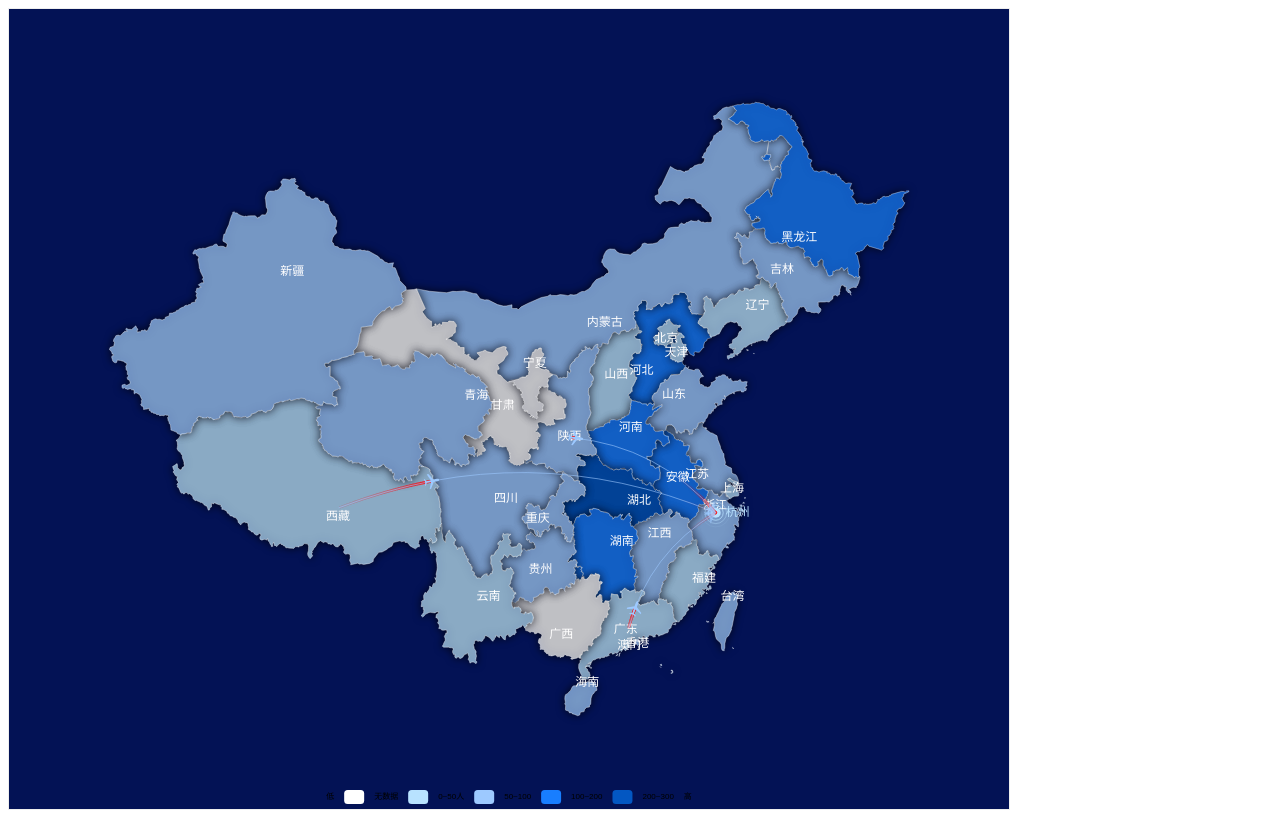
Repository: 572031690/echartssimple
Page: 21.地图常见效果_地图和散点图结合.html
An editor plug-in stored every save of this project. The page is shown before and after the next save, followed by the edit.
The browser window is 1280 px wide. The pictures show the whole page.

Above is the page before, as saved 2021-08-11 15:34:08.

After the next save:
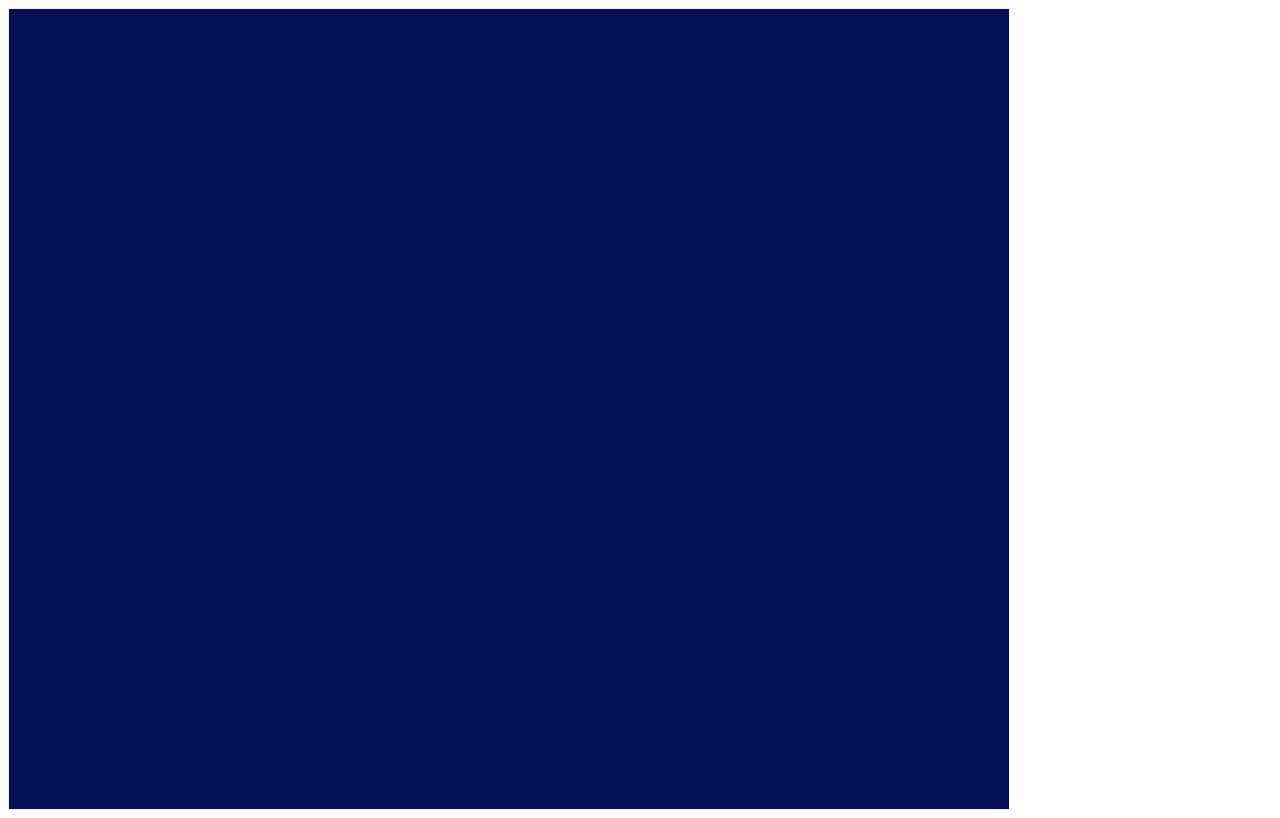
Console error: SyntaxError: Unexpected token ','
Saved 2 min 2 s later.
--- a/21.地图常见效果_地图和散点图结合.html
+++ b/21.地图常见效果_地图和散点图结合.html
@@ -211,7 +211,7 @@
                     // }
           {
             name:'杭州',
-            data: scatterData, // 配置散点的坐标数据
+            data: {[91.1865, 30.1465],[120.213042, 29.86119],[113.5107, 23.2196][109.1162, 34.2004]}, // 配置散点的坐标数据
             type: 'effectScatter',
             coordinateSystem: 'geo', // 指明散点使用的坐标系统  geo的坐标系统
             rippleEffect: {

After the 2 saves that followed:
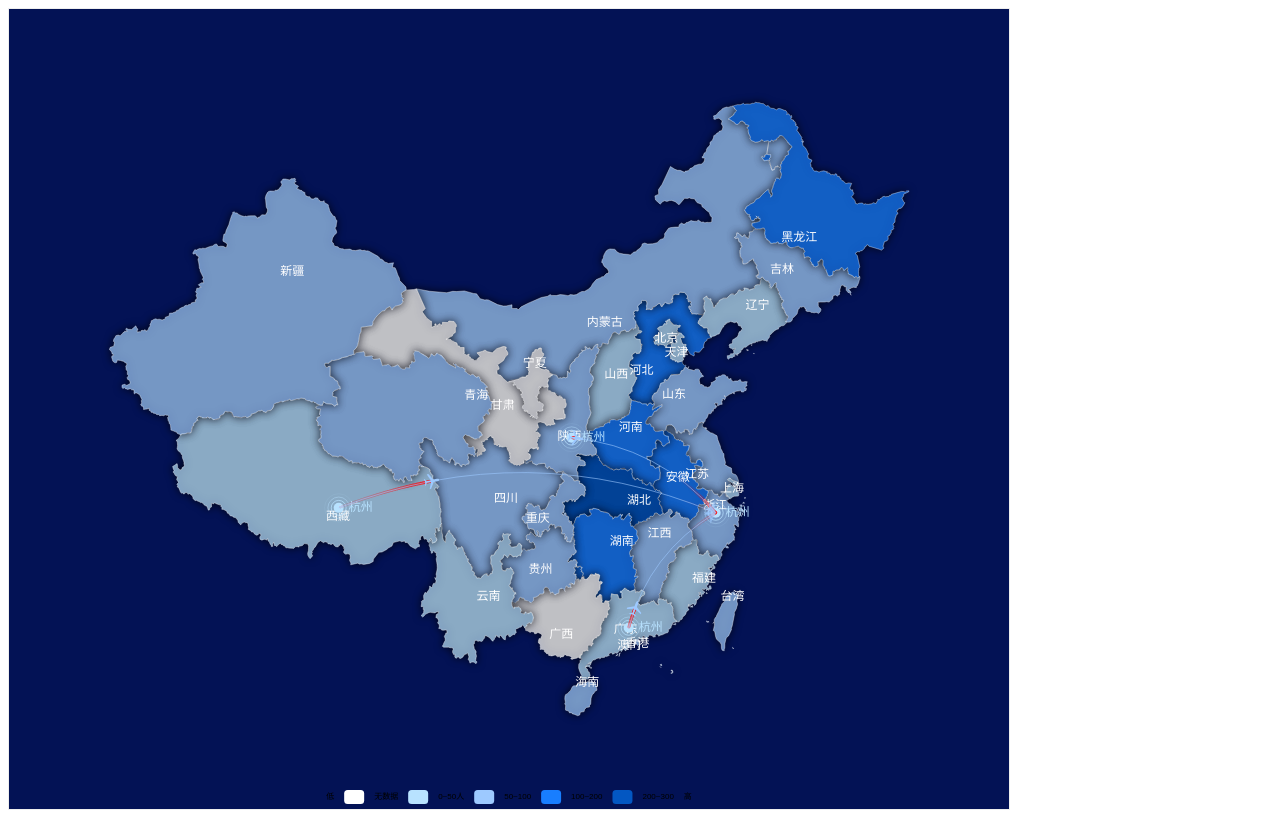
The error is gone.
The 2 saves are shown as one change because 1 left the picture as it was.
The last was saved 27 s later.
--- a/21.地图常见效果_地图和散点图结合.html
+++ b/21.地图常见效果_地图和散点图结合.html
@@ -211,7 +211,7 @@
                     // }
           {
             name:'杭州',
-            data: {[91.1865, 30.1465],[120.213042, 29.86119],[113.5107, 23.2196][109.1162, 34.2004]}, // 配置散点的坐标数据
+            data: [[91.1865, 30.1465],[120.213042, 29.86119],[113.5107, 23.2196],[109.1162, 34.2004]], // 配置散点的坐标数据
             type: 'effectScatter',
             coordinateSystem: 'geo', // 指明散点使用的坐标系统  geo的坐标系统
             rippleEffect: {
